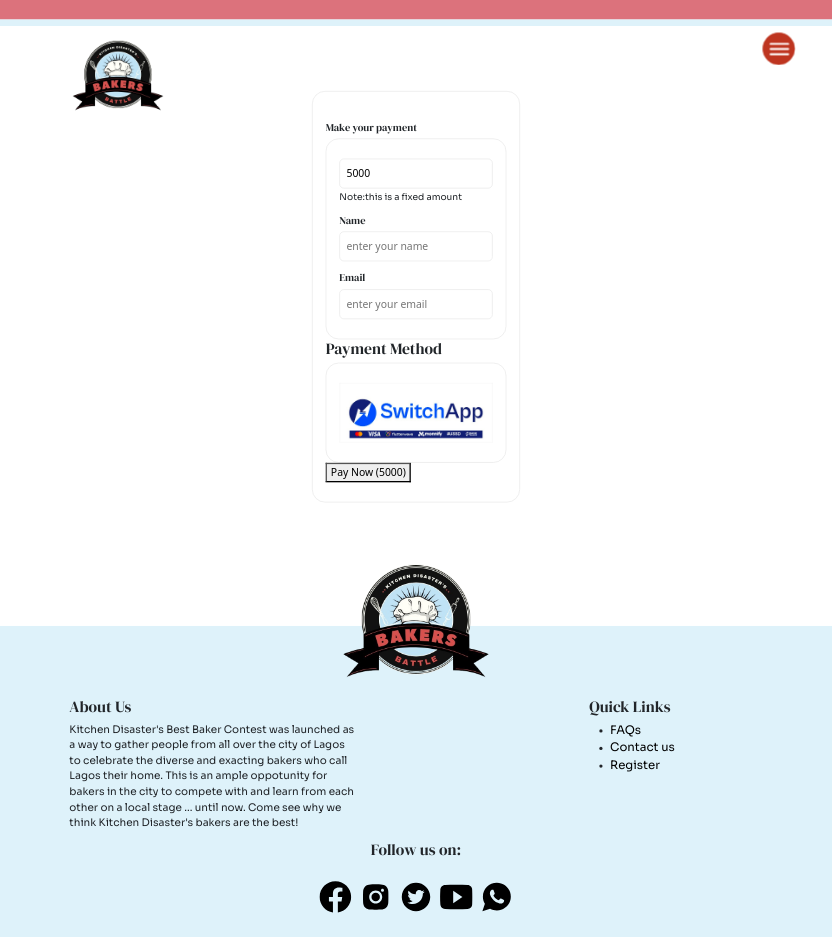
Repository: sarahnnanyelugo/bakers-battle
Page: /payment
An editor plug-in stored every save of this project. The page is shown before and after the next save, followed by the edit.
The browser window is 1280 px wide. The pictures show the whole page, at 65% of full size.
The project was rebuilt for these pictures with package versions that can differ from the ones it lists, and the page was loaded fresh each time. Also part of the build but not shown: src/components/ScreenSlide/slide.scss, src/components/ScreenSlide/ScreenSlide.js, src/pages/Home/home.scss, src/pages/Home/Home.js, src/components/Title.js, src/components/FAQAccord/faq-accord.scss, src/components/FAQAccord/FAQAccord.js, src/pages/FAQ/faq.scss and 11 more.

Above is the page before, as saved 2024-07-17 20:13:27.

### src/App.js
import logo from "./logo.svg";
import "./App.scss";
import "bootstrap/dist/css/bootstrap.min.css";
import { BrowserRouter, Routes, Route, Link, Outlet } from "react-router-dom";
import { Home } from "./pages/Home/Home";
import { Navbar } from "./components/Navbar/Navbar";
import { Footer } from "./components/Footer/Footer";
import { FAQ } from "./pages/FAQ/FAQ";
import { Registration } from "./pages/Registration/Registration";
import { Contact } from "./pages/ContactPage/Contact";
import { Sponsors } from "./pages/Sponsors/Sponsors";
import ScrollToTop from "./scrollToTop";
import About from "./pages/About/About";
import { PaymentPage } from "./pages/PaymentPage/PaymentPage";
function App() {
  return (
    <>
      <ScrollToTop />
      <Navbar />
      <Routes>
        <Route path="/" element={<Home />} />{" "}
        <Route path="/faq" element={<FAQ />} />{" "}
        <Route path="/registration" element={<Registration />} />{" "}
        <Route path="/contact" element={<Contact />} />{" "}
        <Route path="/sponsors" element={<Sponsors />} />{" "}
        <Route path="/about" element={<About />} />{" "}
        <Route path="/payment" element={<PaymentPage />} />{" "}
      </Routes>
      <Footer />
    </>
  );
}

export default App;

### src/App.scss
.app-btn {
  color: #fff;
  background: #dc727c;
  padding: 5px 30px;
  border-radius: 10px;
  border: solid 4px #dc727c;
  font-size: 30px;
  &:hover {
    color: #dc727c;
    background: #fff;
    transition: 0.5s ease;
  }
}

.button-92 {
  --c: #fff;

  background: linear-gradient(90deg, #0000 33%, #fff5, #0000 67%)
      var(--_p, 100%) / 300% no-repeat,
    #dc727c;

  color: #0000;
  border: none;
  transform: perspective(500px) rotateY(calc(20deg * var(--_i, -1)));
  text-shadow: calc(var(--_i, -1) * 0.08em) -0.01em 0 var(--c),
    calc(var(--_i, -1) * -0.08em) 0.01em 2px #0004;
  outline-offset: 0.1em;
  transition: 0.3s;
}

.button-92:hover,
.button-92:focus-visible {
  --_p: 0%;
  --_i: 1;
}

.button-92:active {
  text-shadow: none;
  color: var(--c);
  box-shadow: inset 0 0 9e9Q #0005;
  transition: 0s;
}

.button-92 {
  font-weight: bold;
  font-size: 2rem;
  margin: 0;
  cursor: pointer;
  padding: 0.1em 0.3em;
}

.button-48 {
  appearance: none;
  background-color: #ffffff;
  border-width: 0;
  box-sizing: border-box;
  color: #000000;
  cursor: pointer;
  display: inline-block;
  font-size: 14px;
  font-weight: 500;
  letter-spacing: 0;
  line-height: 1em;
  margin: 0;
  opacity: 1;
  outline: 0;
  padding: 1.5em 4px;
  position: relative;
  text-align: center;
  text-decoration: none;
  text-rendering: geometricprecision;
  text-transform: uppercase;
  transition: opacity 300ms cubic-bezier(0.694, 0, 0.335, 1),
    background-color 100ms cubic-bezier(0.694, 0, 0.335, 1),
    color 100ms cubic-bezier(0.694, 0, 0.335, 1);
  user-select: none;
  -webkit-user-select: none;
  touch-action: manipulation;
  vertical-align: baseline;
  white-space: nowrap;
}

.button-48:before {
  animation: opacityFallbackOut 0.5s step-end forwards;
  backface-visibility: hidden;
  background-color: #ebebeb;
  clip-path: polygon(-1% 0, 0 0, -25% 100%, -1% 100%);
  content: "";
  height: 100%;
  left: 0;
  position: absolute;
  top: 0;
  transform: translateZ(0);
  transition: clip-path 0.5s cubic-bezier(0.165, 0.84, 0.44, 1),
    -webkit-clip-path 0.5s cubic-bezier(0.165, 0.84, 0.44, 1);
  width: 100%;
}

.button-48:hover:before {
  animation: opacityFallbackIn 0s step-start forwards;
  clip-path: polygon(0 0, 101% 0, 101% 101%, 0 101%);
}

.button-48:after {
  background-color: #ffffff;
}

.button-48 span {
  z-index: 1;
  position: relative;
}
@font-face {
  font-family: SoraM;
  src: url(./assets/fonts/sora/Sora-Medium.ttf);
}
@font-face {
  font-family: nick;
  src: url(./assets/fonts/nick/Nickainley-Normal.ttf);
}
@font-face {
  font-family: SoraB;
  src: url(./assets/fonts/sora/Sora-Bold.ttf);
}
@font-face {
  font-family: SoraEB;
  src: url(./assets/fonts/sora/Sora-ExtraBold.ttf);
}
@font-face {
  font-family: SoraR;
  src: url(./assets/fonts/sora/Sora-Regular.ttf);
}
@font-face {
  font-family: SoraSB;
  src: url(./assets/fonts/sora/Sora-SemiBold.ttf);
}
@font-face {
  font-family: SoraL;
  src: url(./assets/fonts/sora/Sora-Light.ttf);
}
@font-face {
  font-family: SerifR;
  src: url(./assets/fonts/serif/DMSerifDisplay-Regular.ttf);
}
@font-face {
  font-family: SerifI;
  src: url(./assets/fonts/serif/DMSerifDisplay-Italic.ttf);
}
h1,
h2,
h3,
h4,
h5,
h6 {
  font-family: SerifR;
}

p,
li,
a,
small {
  font-family: SoraR;
}
button {
  font-family: SoraSB;
}
.mobile-padding {
  @media screen and (max-width: 820px) {
    padding-right: 7px;
    padding-left: 7px;
  }
}

### src/components/Navbar/Navbar.js
import React, { useEffect, useState } from "react";
import "./navbar.scss";
import Logo from "../../assets/images/logo2.png";
import Flier from "../../assets/images/flier2.jpeg";
import { Link } from "react-router-dom";
import { Title } from "../Title";
export const Navbar = () => {
  const [isMenuOpen, setIsMenuOpen] = useState(false);
  const toggleMenu = () => {
    setIsMenuOpen(!isMenuOpen);
  };

  // Step 2: Create a function to handle checkbox changes
  const handleCheckboxChange = (event) => {
    setIsMenuOpen(event.target.checked);
  };

  // Step 3: Use useEffect to track checkbox status changes
  useEffect(() => {
    // Code to run when isMenuOpen changes
    console.log(`Checkbox is now ${isMenuOpen ? "checked" : "unchecked"}`);
  }, [isMenuOpen]); // Dependency array contains isMenuOpen

  // Function to close menu
  const closeMenu = () => {
    setIsMenuOpen(false);
  };
  return (
    <>
      <div style={{ height: "30px", background: "#DC727C" }} />
      <div style={{ height: "10px", background: "#DEF2FA" }} />

      <main>
        <div
          className="col-md-2 offset-md-1"
          style={{ position: "relative", zIndex: 220 }}
        >
          {" "}
          <Link to={"/"}>
            <img className="img2" src={Logo} alt="Scholar" width="70%" />
          </Link>
        </div>
        <center>
          <h1 style={{ color: " black", fontSize: "90px" }}></h1>
        </center>

        <input
          type="checkbox"
          id="myInput"
          checked={isMenuOpen}
          onChange={handleCheckboxChange}
        />
        <label for="myInput" className="offset-md-11 tog">
          <span class="bar top"></span>
          <span class="bar middle"></span>
          <span class="bar bottom"></span>
        </label>

        <aside>
          <div class="aside-section aside-left col-md-4">
            <div class="aside-content">
              <img
                className="img col-md-12 offset-md-"
                src={Flier}
                alt="Scholar"
                width="100%"
              />
            </div>
          </div>
          <div class="aside-section aside-right col-md-8 ">
            <div className="col-md-4 offset-md-4">
              {" "}
              <ul class="aside-list ">
                <li>
                  <Link to={"/"} class="aside-anchor" onClick={closeMenu}>
                    HOME
                  </Link>
                </li>
                <li>
                  <Link to={"/about"} class="aside-anchor" onClick={closeMenu}>
                    ABOUT
                  </Link>
                </li>
                <li>
                  <Link to={"/faq"} class="aside-anchor" onClick={closeMenu}>
                    FAQs
                  </Link>
                </li>
                <li onClick={closeMenu}>
                  <Link to={"/sponsors"} class="aside-anchor">
                    SPONSORS
                  </Link>
                </li>{" "}
                <li onClick={closeMenu}>
                  <Link to={"/contact"} class="aside-anchor">
                    CONTACT
                  </Link>
                </li>
                <li onClick={closeMenu}>
                  <Link to={"/registration"} class="aside-anchor">
                    REGISTER
                  </Link>
                </li>
              </ul>
            </div>
          </div>
        </aside>
      </main>
    </>
  );
};

### src/components/Footer/Footer.js
import React from "react";
import "./footer.scss";
import Logo from "../../assets/images/logo2.png";
import { Link } from "react-router-dom";
import { FaFacebook } from "react-icons/fa";
import { AiFillInstagram } from "react-icons/ai";
import { IoLogoYoutube } from "react-icons/io";
import { IoLogoWhatsapp } from "react-icons/io";
import { AiFillTwitterCircle } from "react-icons/ai";

export const Footer = () => {
  return (
    <footer>
      <center>
        <div className="col-md-3">
          <img className="img2" src={Logo} alt="Scholar" width="75%" />
        </div>
      </center>{" "}
      <div className="d-md-flex col-md-10 offset-md-1 mobile-padding">
        <div className="col-md-5">
          <h4>About Us</h4>
          <p>
            Kitchen Disaster's Best Baker Contest was launched as a way to
            gather people from all over the city of Lagos to celebrate the
            diverse and exacting bakers who call Lagos their home. This is an
            ample oppotunity for bakers in the city to compete with and learn
            from each other on a local stage ... until now. Come see why we
            think Kitchen Disaster's bakers are the best!
          </p>
        </div>
        <div className="col-md-2 offset-md-4">
          <h4>Quick Links</h4>
          <ul>
            <li>
              <Link to={"/"}>FAQs</Link>
            </li>{" "}
            <li>
              <Link to={"/"}>Contact us</Link>
            </li>{" "}
            <li>
              <Link to={"/"}>Register</Link>
            </li>{" "}
          </ul>
        </div>
      </div>
      <center>
        <h4>Follow us on:</h4>
        <ul className="list-inline media-links">
          <li className="list-inline-item">
            <Link to={"/"}>
              <FaFacebook style={{ fontSize: "50px" }} />
            </Link>
          </li>{" "}
          <li className="list-inline-item">
            <Link to={"/"}>
              <AiFillInstagram style={{ fontSize: "50px" }} />
            </Link>
          </li>{" "}
          <li className="list-inline-item">
            <Link to={"/"}>
              <AiFillTwitterCircle style={{ fontSize: "50px" }} />
            </Link>
          </li>{" "}
          <li className="list-inline-item">
            <Link to={"/"}>
              <IoLogoYoutube style={{ fontSize: "50px" }} />
            </Link>
          </li>{" "}
          <li className="list-inline-item">
            <Link to={"/"}>
              <IoLogoWhatsapp style={{ fontSize: "50px" }} />
            </Link>
          </li>
        </ul>
      </center>
    </footer>
  );
};

### src/pages/PaymentPage/PaymentPage.js
import React from "react";
import "./payment-page.scss";
import Switch from "../../assets/images/switch.png";

export const PaymentPage = () => {
  return (
    <>
      <div className="payment-div">
        {" "}
        <center>
          <div className="col-md-3 payment-form">
            <h6>Make your payment</h6>
            <div className="payment-form">
              <input value="5000" readOnly />
              <small>Note:this is a fixed amount</small>
              <h6>Name</h6>
              <input type="text" placeholder="enter your name" />
              <h6>Email</h6>
              <input type="text" placeholder="enter your email" />
            </div>
            <h4>Payment Method</h4>
            <div className="payment-form">
              <img src={Switch} width="100%" alt="payment logo" />
            </div>
            <button>Pay Now (5000)</button>
          </div>
        </center>
      </div>
    </>
  );
};

### src/components/Navbar/navbar.scss
main {
  height: 800px;
  position: relative;
  overflow: hidden;
}

.aside-section {
  top: 0;
  bottom: 0;
  position: absolute;
}

.aside-left {
  display: none;
  width: 40%;
  left: 0;
  background: #dc727c;

  -webkit-transform: translateY(-100%);
  -moz-transform: translateY(-100%);
  -ms-transform: translateY(-100%);
  -o-transform: translateY(-100%);
  transform: translateY(-100%);
  transition: transform 0.9s ease-in-out;
}

.aside-right {
  width: 100%;
  right: 0;
  background-color: #def2fa;
  -webkit-transform: translateX(100%);
  -moz-transform: translateX(100%);
  -ms-transform: translateX(100%);
  -o-transform: translateX(100%);
  transform: translateX(100%);
  transition: transform 0.9s ease-in-out;
}

.aside-list {
  list-style: none;
  padding: 0;
  margin: 0;
  margin-top: 150px;
  text-align: left;
  padding-left: 50px;
}

.aside-content {
  //   margin-top: 150px;
  padding: 0 40px;
  position: relative;
  color: white;
  text-align: center;
}

.aside-list li {
  margin-bottom: 20px;
}

.aside-anchor::after {
  content: "";
  position: absolute;
  bottom: 0;
  background-color: #ff5964;
  left: 0;
  right: 0;
  height: 6px;
  border-radius: 6px;
}

.aside-anchor::before {
  border-radius: 3px;
  content: "";
  position: absolute;
  bottom: 0;
  background-color: rgb(9, 1, 1);
  left: 0;
  height: 6px;
  z-index: 1;
  width: 50%;
  -webkit-transition: transform 0.2s ease-in-out;
  -o-transition: transform 0.2s ease-in-out;
  transition: transform 0.2s ease-in-out;
}

.aside-anchor:hover:before {
  -webkit-transform: translateX(100%);
  -moz-transform: translateX(100%);
  -ms-transform: translateX(100%);
  -o-transform: translateX(100%);
  transform: translateX(100%);
}

.aside-anchor {
  padding-bottom: 7px;
  color: rgb(14, 14, 14);
  text-decoration: none;
  font-size: 30px;
  position: relative;
  font-weight: 500;
}

input[type="checkbox"] {
  display: none;
}

input[type="checkbox"]:checked ~ aside .aside-left {
  transform: translateY(0%);
}

input[type="checkbox"]:checked ~ aside .aside-right {
  transform: translateX(0%);
}

input[type="checkbox"]:checked ~ label .bar {
  background-color: #fff;
}

input[type="checkbox"]:checked ~ label .top {
  -webkit-transform: translateY(0px) rotateZ(45deg);
  -moz-transform: translateY(0px) rotateZ(45deg);
  -ms-transform: translateY(0px) rotateZ(45deg);
  -o-transform: translateY(0px) rotateZ(45deg);
  transform: translateY(0px) rotateZ(45deg);
}

input[type="checkbox"]:checked ~ label .bottom {
  -webkit-transform: translateY(-15px) rotateZ(-45deg);
  -moz-transform: translateY(-15px) rotateZ(-45deg);
  -ms-transform: translateY(-15px) rotateZ(-45deg);
  -o-transform: translateY(-15px) rotateZ(-45deg);
  transform: translateY(-15px) rotateZ(-45deg);
}

input[type="checkbox"]:checked ~ label .middle {
  width: 0;
}

.middle {
  margin: 0 auto;
}

label {
  top: 40px;
  display: inline-block;
  padding: 10px 10px;
  background-color: transparent;
  cursor: pointer;
  margin: 10px;
  z-index: 3;
  position: fixed;
}

.bar {
  display: block;
  background-color: #fff;
  width: 30px;
  height: 3px;
  border-radius: 5px;
  margin: 5px auto;
  transition: background-color 0.4s ease-in, transform 0.4s ease-in,
    width 0.4s ease-in;
}

@media (min-width: 992px) {
  h1 {
    font-size: 40px;
  }
  .aside-left {
    display: block;
  }

  .aside-right {
    width: 60%;
  }
}
.tog {
  height: 50px;
  width: 50px;
  border: solid 1px #be3520;
  background: #be3520;
  border-radius: 50%;
  // position: fixed;
  // z-index: 230;
}
.img2 {
}

### src/components/Footer/footer.scss
footer {
  background: #def2fa;
  //   padding-top: 30px;
  padding-bottom: 20px;
  margin-top: 190px;
  img {
    margin-top: -130px;
  }
  a {
    color: #000;
    text-decoration: none;
    font-size: 18px;
    &:hover {
      color: #dc727c;
    }
  }
}
.media-links {
  li {
    font-size: 50px !important;
  }
}

### src/pages/PaymentPage/payment-page.scss
.payment-form {
  border: solid 1px #e7e7e7;
  border-radius: 20px;
  padding: 30px 20px;
  text-align: left;
  input {
    width: 100%;
    border: solid 1px #e7e7e7;
    padding: 10px;
    border-radius: 7px;
  }
  h6 {
    margin-top: 15px;
  }
}
.payment-div {
  margin-top: -700px;
}

Loaded but not shown: public/index.html (common file); src/index.js (common file); src/index.css (common file); src/reportWebVitals.js (common file); src/scrollToTop.js (common file)

After the next save:
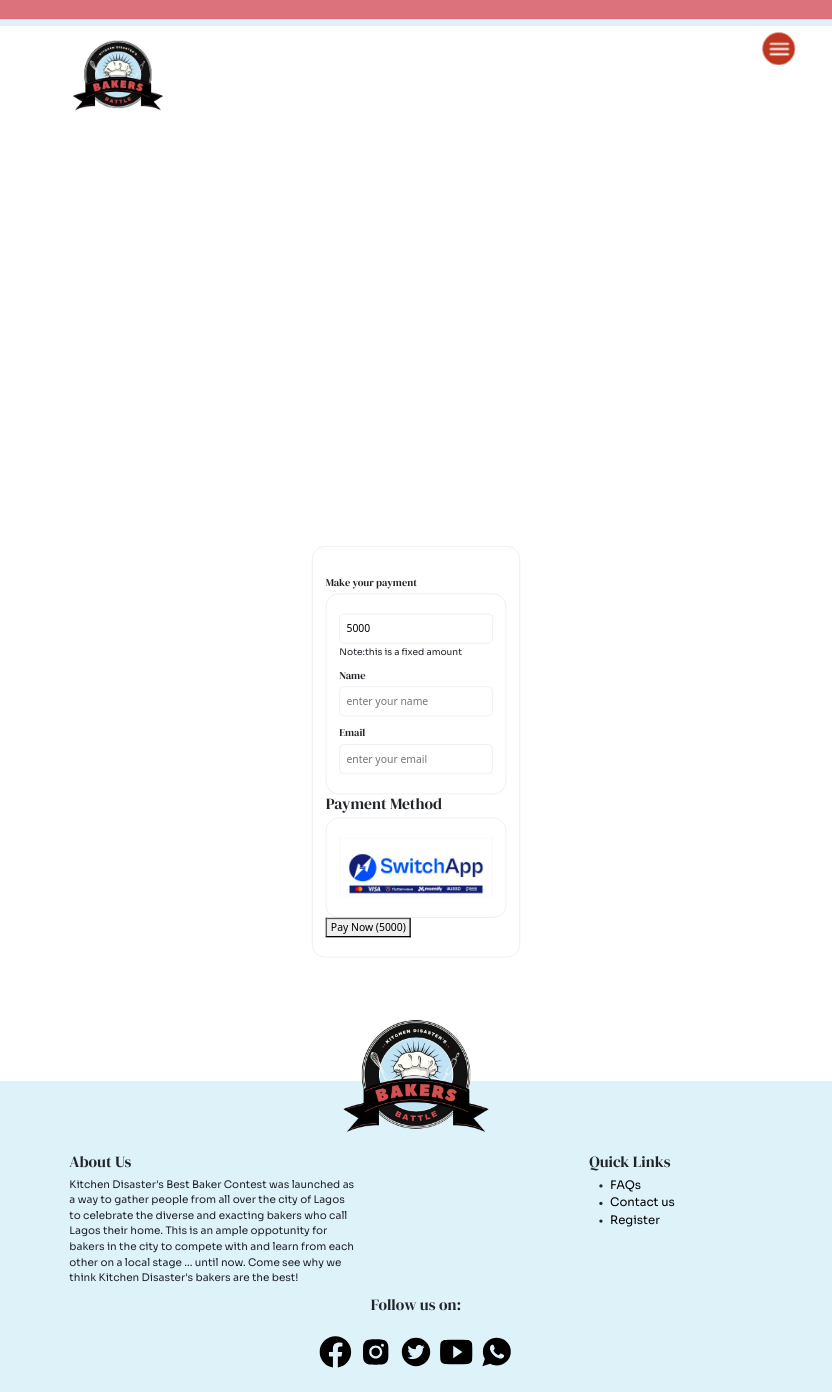
Saved 26 s later.
--- a/src/pages/PaymentPage/payment-page.scss
+++ b/src/pages/PaymentPage/payment-page.scss
@@ -14,5 +14,5 @@
   }
 }
 .payment-div {
-  margin-top: -700px;
+  //   margin-top: -700px;
 }

After the save that followed:
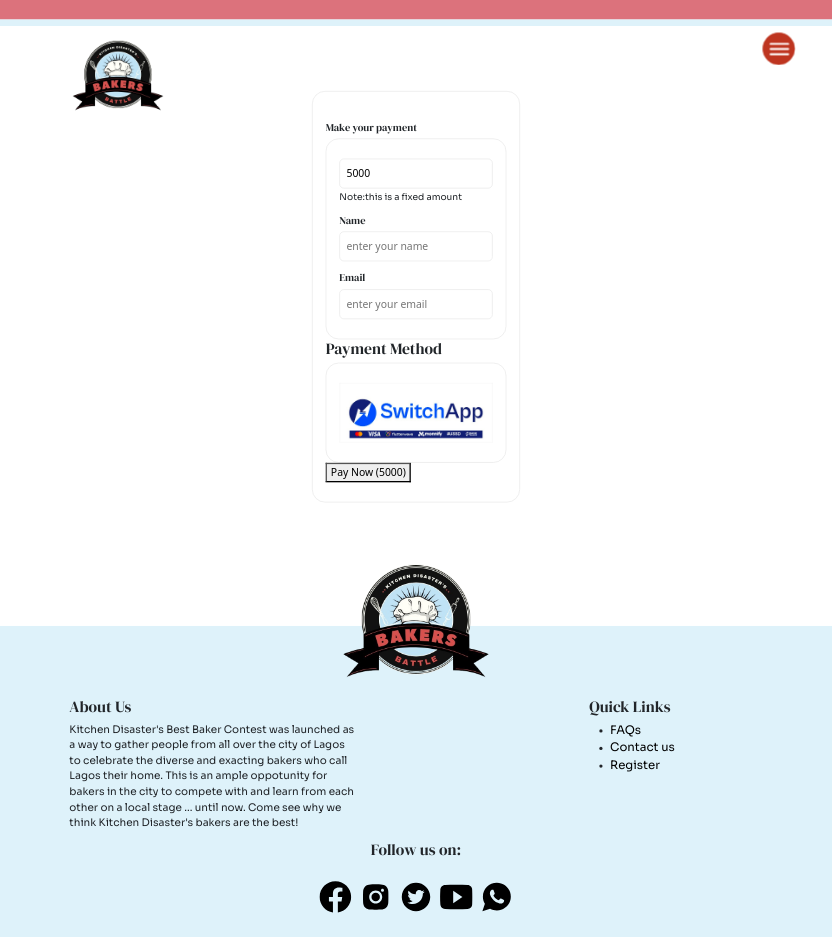
Saved 40 s later.
--- a/src/pages/PaymentPage/payment-page.scss
+++ b/src/pages/PaymentPage/payment-page.scss
@@ -8,11 +8,13 @@
     border: solid 1px #e7e7e7;
     padding: 10px;
     border-radius: 7px;
+    position: relative;
+    z-index: 220;
   }
   h6 {
     margin-top: 15px;
   }
 }
 .payment-div {
-  //   margin-top: -700px;
+  margin-top: -700px;
 }
